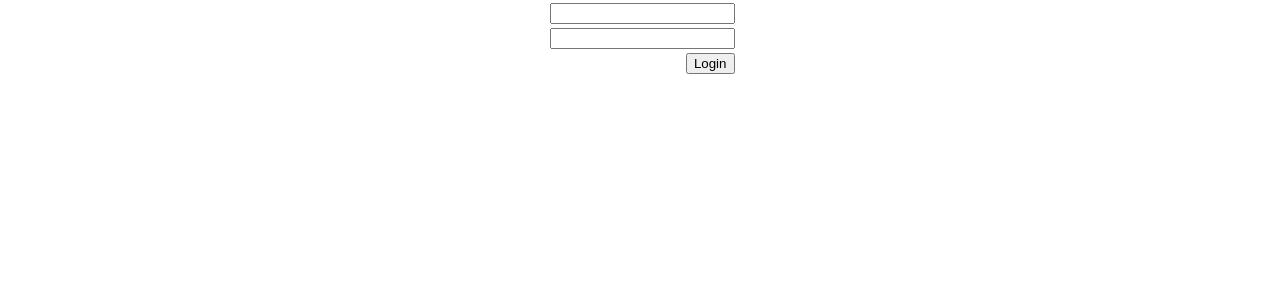
Repository: sachiyuki/java
Page: http://localhost/AdminLogin/
The author's editor kept a copy of each file at every save. The page is drawn from the files as they stood at one save, then again after the next save.
The browser window is 1280 px wide. The pictures show the whole page.
The page is served by Tomcat 9. Other server files are loaded and not shown.

Above is the page before, as saved 2018-03-05 10:38:32.

### AdminLogin/WebContent/login.jsp
<%@ page language="java" contentType="text/html; charset=UTF-8"
    pageEncoding="UTF-8"%>
    <%@ taglib prefix="s" uri="/struts-tags" %>
<!DOCTYPE html PUBLIC "-//W3C//DTD HTML 4.01 Transitional//EN" "http://www.w3.org/TR/html4/loose.dtd">
<html>
<head>
<meta http-equiv="Content-Type" content="text/html; charset=UTF-8">
<title>Insert title here</title>

<style type="text/css">

body{
	margin: 0;
	padding: 0;
	line-height:1.6;
	letter-spacing:1px;
	font-family: Verdana, Helvetica, sans-serif;
	font-size: 12px;
	color: darkgray;
	background:#fff;
}

table{
	text-align:center;
	margin: 0 auto;
	border:1px plum;

}

form{
	border: 0.5px thistle;
	color:gray;
}

</style>
</head>
<body>

<s:form action="AdminAction">

<s:textfield name="adminId"/>
<s:password name="adminPass"/>
<s:submit value="Login"/>

</s:form>

</body>
</html>

After the next save:
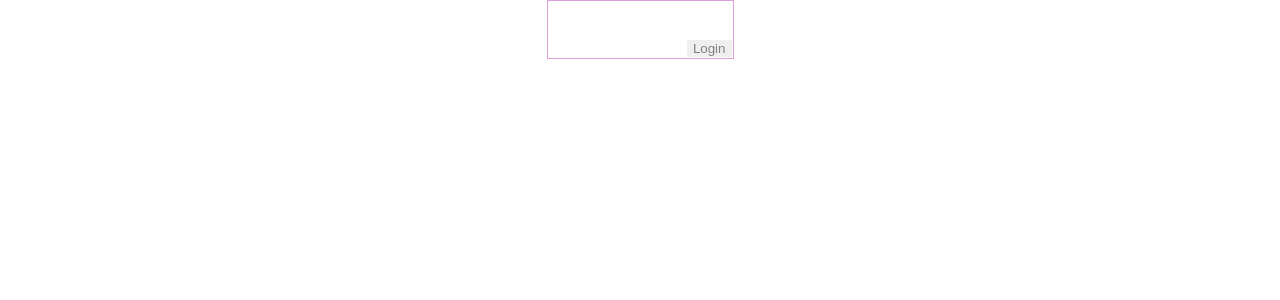
Saved 14 s later.
--- a/AdminLogin/WebContent/login.jsp
+++ b/AdminLogin/WebContent/login.jsp
@@ -23,13 +23,18 @@ body{
 table{
 	text-align:center;
 	margin: 0 auto;
-	border:1px plum;
-
+	border:0.5px solid plum;
+	border-collapse: collapse;
 }
 
-form{
+
+input, form{
 	border: 0.5px thistle;
 	color:gray;
+}
+
+hr{
+ border:1px dashed plum;
 }
 
 </style>
